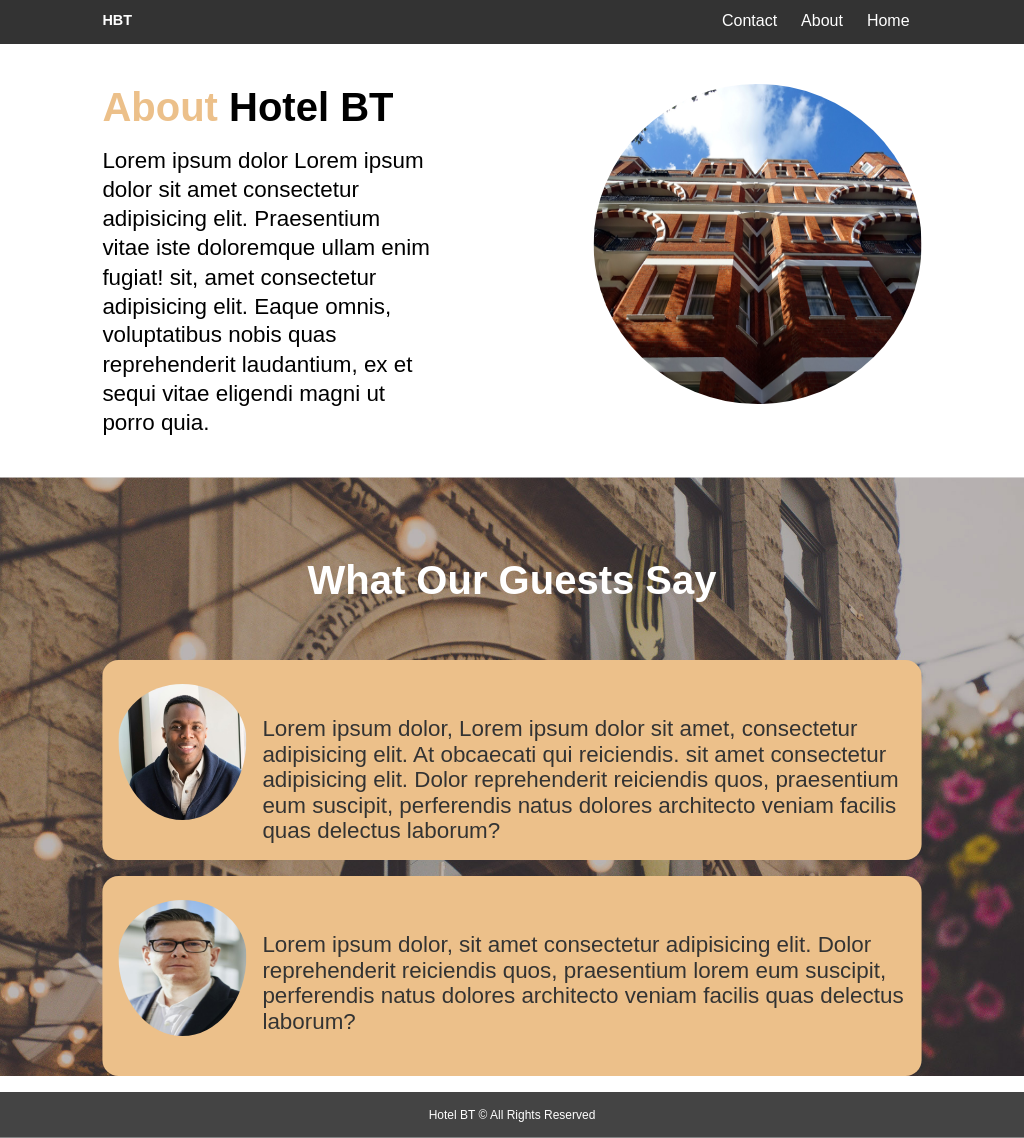
Repository: reemoon-ctrl/35---hotel-website
Page: about.html
These files come from the project's save history. The page is drawn as it stood at one moment and after the next save; the edit follows.
The browser window is 1280 px wide. The pictures show the whole page, at 80% of full size.

Above is the page before, as saved 2024-07-24 21:44:14.

After the next save:
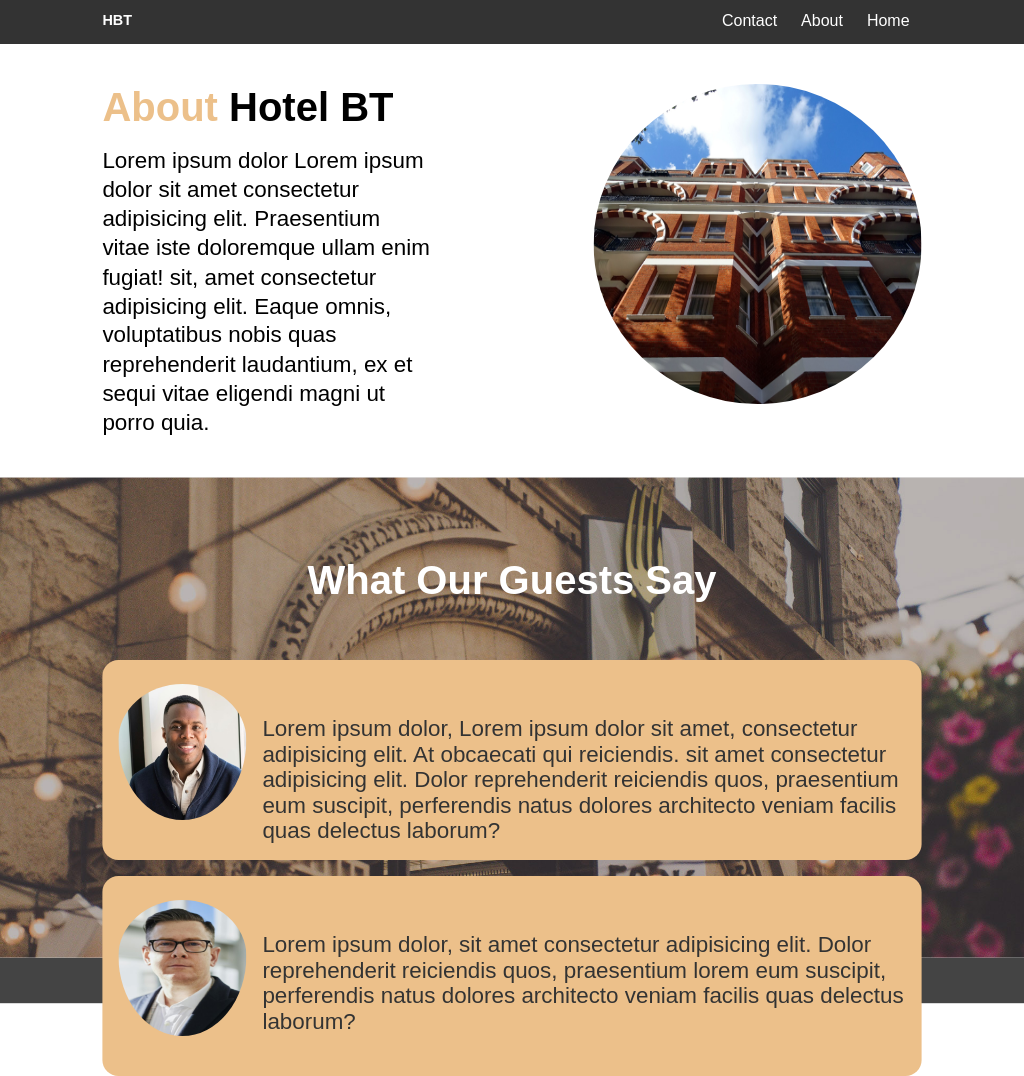
Saved 15 s later.
--- a/index.css
+++ b/index.css
@@ -261,7 +261,7 @@
 .aside-content{
     background-image: url(img/test-bg.jpg) ;
     background-color: #cccccc;
-    height:;
+    height:600px;
     background-position: center;
     background-repeat: no-repeat;
     background-size: cover;

After the 3 saves that followed:
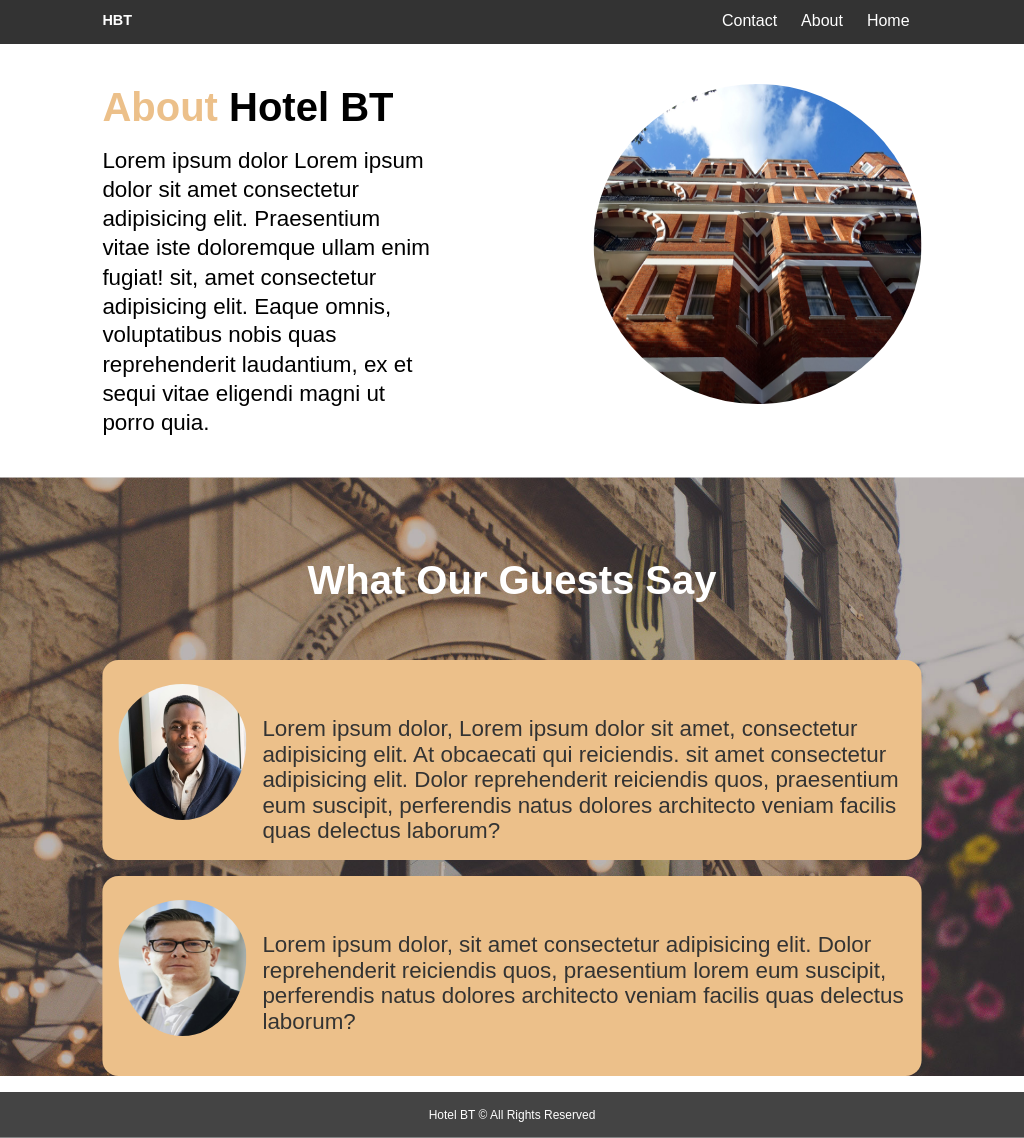
The 3 saves are shown as one change because they came seconds apart.
The last was saved 15 s later.
--- a/index.css
+++ b/index.css
@@ -261,7 +261,7 @@
 .aside-content{
     background-image: url(img/test-bg.jpg) ;
     background-color: #cccccc;
-    height:600px;
+    height:fit-content;
     background-position: center;
     background-repeat: no-repeat;
     background-size: cover;
